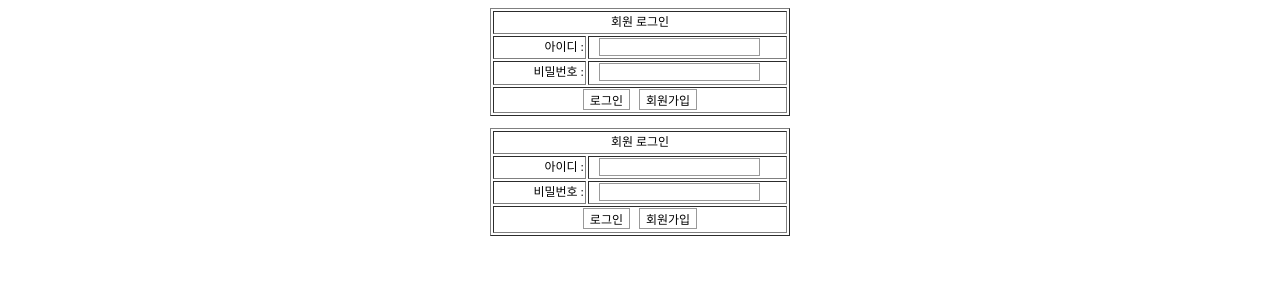
Repository: DynamicRD/jsp_Study
Page: http://localhost/jspStudy/memberone/login.jsp
The author's editor kept a copy of each file at every save. The page is drawn from the files as they stood at one save, then again after the next save.
The browser window is 1280 px wide. The pictures show the whole page.
The page is served by Tomcat 9. Other server files are loaded and not shown.

Above is the page before, as saved 2024-12-12 02:51:34.

### jspStudy/src/main/webapp/memberone/login.jsp
<%@ page contentType="text/html; charset=utf-8"%>
<!-- 1. 사용자정보를 가져온다, 세션정보를 가져온다 -->
<%
	String id = (String)session.getAttribute("id");
%>
<html>
<head>
<title>Log in</title>
<link href="style.css" type="text/css" rel="stylesheet" />
</head>
<body>
	<main>
		<%
		if (id != null) {
		%>
		<table border="1" width="300">
			<tr>
				<td colspan="3" align="center"><%=id%>님 환영합니다.</td>
			</tr>
			<tr>
				<td align="center" width="100"><a href="modifyForm.jsp">정보수정</a></td>
				<td align="center" width="100"><a href="deleteForm.jsp">회원탈퇴</a></td>
				<td align="center" width="100"><a href="logout.jsp">로그아웃</a></td>
			</tr>
		</table>
		<%
		} else {
		%>
				<form method="post" action="loginProc.jsp">
			<table width="300" border="1">
				<tr>
					<td colspan="2" align="center">회원 로그인</td>
				</tr>
				<tr>
					<td align="right" width="100">아이디 :</td>
					<td width="200">&nbsp;&nbsp; <input type="text" name="id"
						size="20" /></td>
				</tr>
				<tr>
					<td align="right" width="100">비밀번호 :</td>
					<td width="200">&nbsp;&nbsp; <input type="password"
						name="pass" size="20" /></td>
				</tr>
				<tr>
					<td colspan="2" align="center"><input type="submit"
						value="로그인" />&nbsp;&nbsp;
						<input type="button" value="회원가입"
						onClick="javascript:window.location='regForm.jsp'" /></td>
				</tr>
			</table>
		</form>

		<%
		}
		%>
		<form method="post" action="loginProc.jsp">
			<table width="300" border="1">
				<tr>
					<td colspan="2" align="center">회원 로그인</td>
				</tr>
				<tr>
					<td align="right" width="100">아이디 :</td>
					<td width="200">&nbsp;&nbsp; <input type="text" name="id"
						size="20" /></td>
				</tr>
				<tr>
					<td align="right" width="100">비밀번호 :</td>
					<td width="200">&nbsp;&nbsp; <input type="password"
						name="pass" size="20" /></td>
				</tr>
				<tr>
					<td colspan="2" align="center"><input type="submit"
						value="로그인" />&nbsp;&nbsp; <input type="button" value="회원가입"
						onClick="javascript:window.location='regForm.jsp'" /></td>
				</tr>
			</table>
		</form>
	</main>
</body>
</html>

### jspStudy/src/main/webapp/memberone/style.css
@charset "UTF-8";

BODY {
	FONT-SIZE: 9pt;
	COLOR: black;
	LINE-HEIGHT: 160%;
}
main{
	width: 80%;
	margin : 0 auto;
	display : flex;
	flex-direction: column;
	flex-wrap : wrap;
	justify-content: center;
	align-content: center;
}

TD {
	FONT-SIZE: 9pt;
	COLOR: black;
	LINE-HEIGHT: 160%;
}

SELECT {
	FONT-SIZE: 9pt;
	COLOR: black;
	LINE-HEIGHT: 160%;
}

DIV {
	FONT-SIZE: 9pt;
	COLOR: black;
	LINE-HEIGHT: 160%;
}

FORM {
	FONT-SIZE: 9pt;
	COLOR: black;
	LINE-HEIGHT: 160%;
}

TEXTAREA {
	BORDER-RIGHT: 1px solid #999999;
	BORDER-TOP: 1px solid #999999;
	FONT-SIZE: 9pt;
	BORDER-LEFT: 1px solid #999999;
	COLOR: BLACK;
	BORDER-BOTTOM: 1px solid #999999;
	BACKGROUND-COLOR: white
}

INPUT {
	BORDER-RIGHT: 1px solid #999999;
	BORDER-TOP: 1px solid #999999;
	FONT-SIZE: 9pt;
	BORDER-LEFT: 1px solid #999999;
	COLOR: BLACK;
	BORDER-BOTTOM: 1px solid #999999;
	BACKGROUND-COLOR: white
}

A:link {
	text-decoration: #696969
}

A:hover {
	text-decoration: #66CCFF
}

A:visited {
	text-decoration: #330066
}

After the next save:
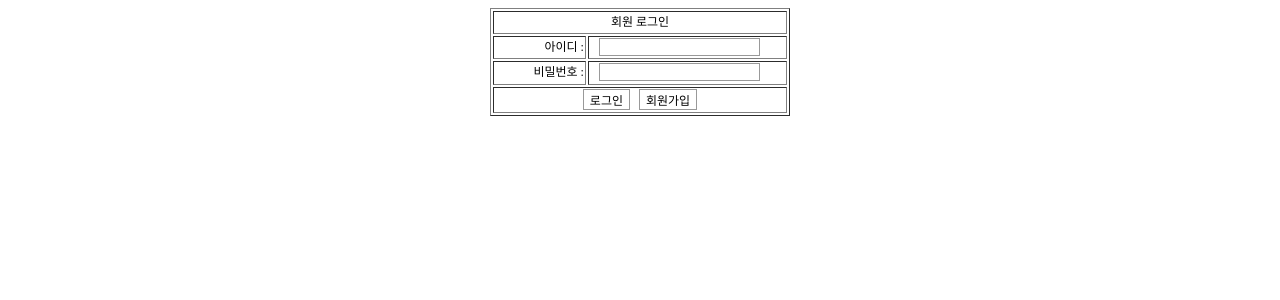
Saved 2 min 39 s later.
--- a/jspStudy/src/main/webapp/memberone/login.jsp
+++ b/jspStudy/src/main/webapp/memberone/login.jsp
@@ -53,28 +53,7 @@
 		<%
 		}
 		%>
-		<form method="post" action="loginProc.jsp">
-			<table width="300" border="1">
-				<tr>
-					<td colspan="2" align="center">회원 로그인</td>
-				</tr>
-				<tr>
-					<td align="right" width="100">아이디 :</td>
-					<td width="200">&nbsp;&nbsp; <input type="text" name="id"
-						size="20" /></td>
-				</tr>
-				<tr>
-					<td align="right" width="100">비밀번호 :</td>
-					<td width="200">&nbsp;&nbsp; <input type="password"
-						name="pass" size="20" /></td>
-				</tr>
-				<tr>
-					<td colspan="2" align="center"><input type="submit"
-						value="로그인" />&nbsp;&nbsp; <input type="button" value="회원가입"
-						onClick="javascript:window.location='regForm.jsp'" /></td>
-				</tr>
-			</table>
-		</form>
+
 	</main>
 </body>
 </html>
